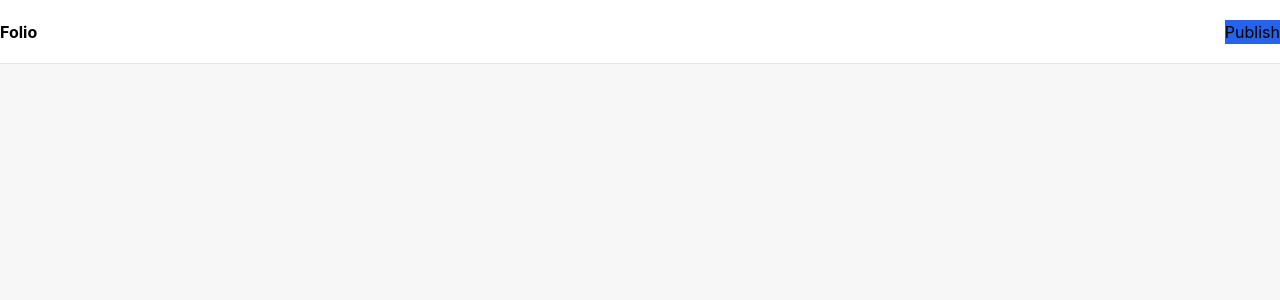
Repository: langford-dev/follio
Page: /
The author's editor kept a copy of each file at every save. The page is drawn from the files as they stood at one save, then again after a run of saves.
The browser window is 1280 px wide. The pictures show the whole page.
The project was rebuilt for these pictures with package versions that can differ from the ones it lists, and the page was loaded fresh each time. The framework's server and built-in components were replaced by stand-ins that run in the browser. Also part of the build but not shown: next.config.js.

Above is the page before, as saved 2022-03-19 09:56:59.

After the next 5 saves:
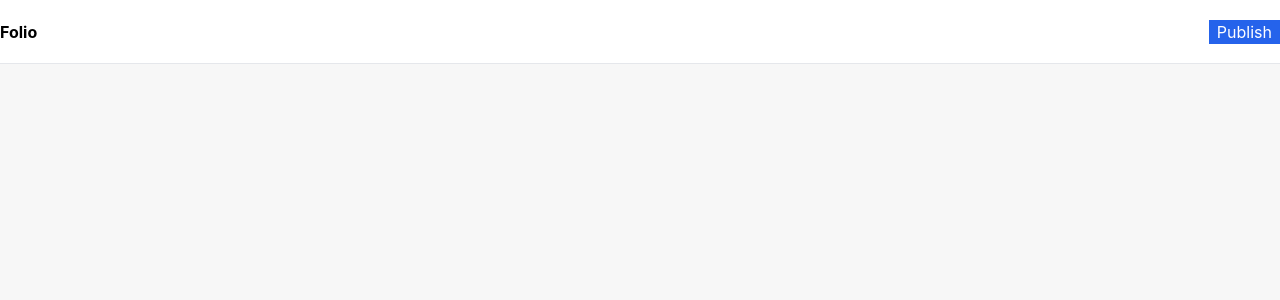
The 5 saves are shown as one change because they came seconds apart.
The last was saved 14 s later.
--- a/components/header.js
+++ b/components/header.js
@@ -6,7 +6,7 @@
     return <header className="border-b h-16 bg-white">
         <div className="m-auto max-w-screen-xl h-full flex items-center justify-between">
             <b>Folio</b>
-            <div className="bg bg-blue-600">Publish</div>
+            <div className="bg bg-blue-600 text-white px-2">Publish</div>
         </div>
     </header>
 }
